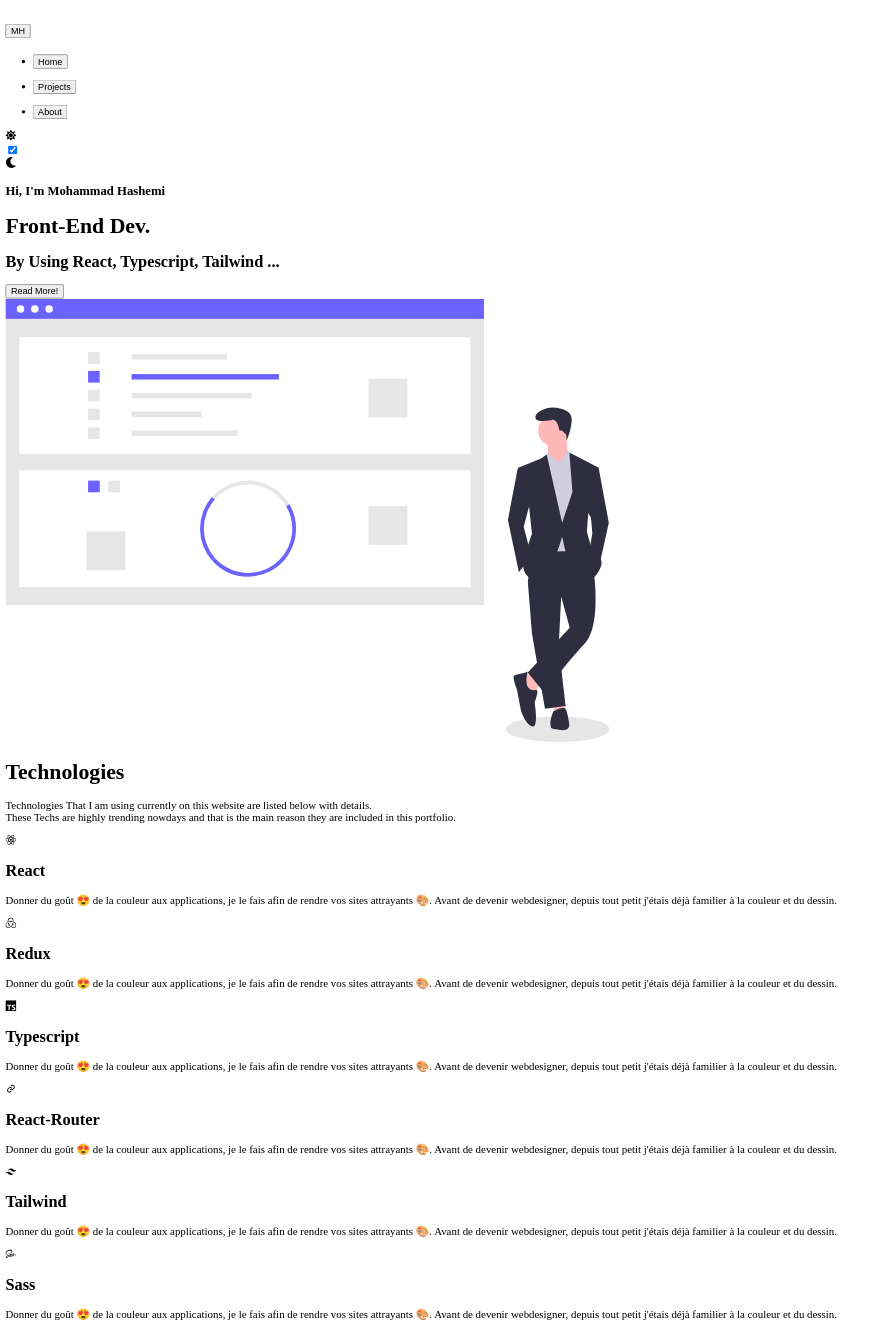
Repository: SMohammadH/react-typescript-tailwind
Page: /
The author's editor kept a copy of each file at every save. The page is drawn from the files as they stood at one save, then again after the next save.
The browser window is 1280 px wide. The pictures show the whole page, at 68% of full size.
The project was rebuilt for these pictures with package versions that can differ from the ones it lists, and the page was loaded fresh each time. Also part of the build but not shown: craco.config.js.

Above is the page before, as saved 2021-02-03 08:15:30.

After the next save:
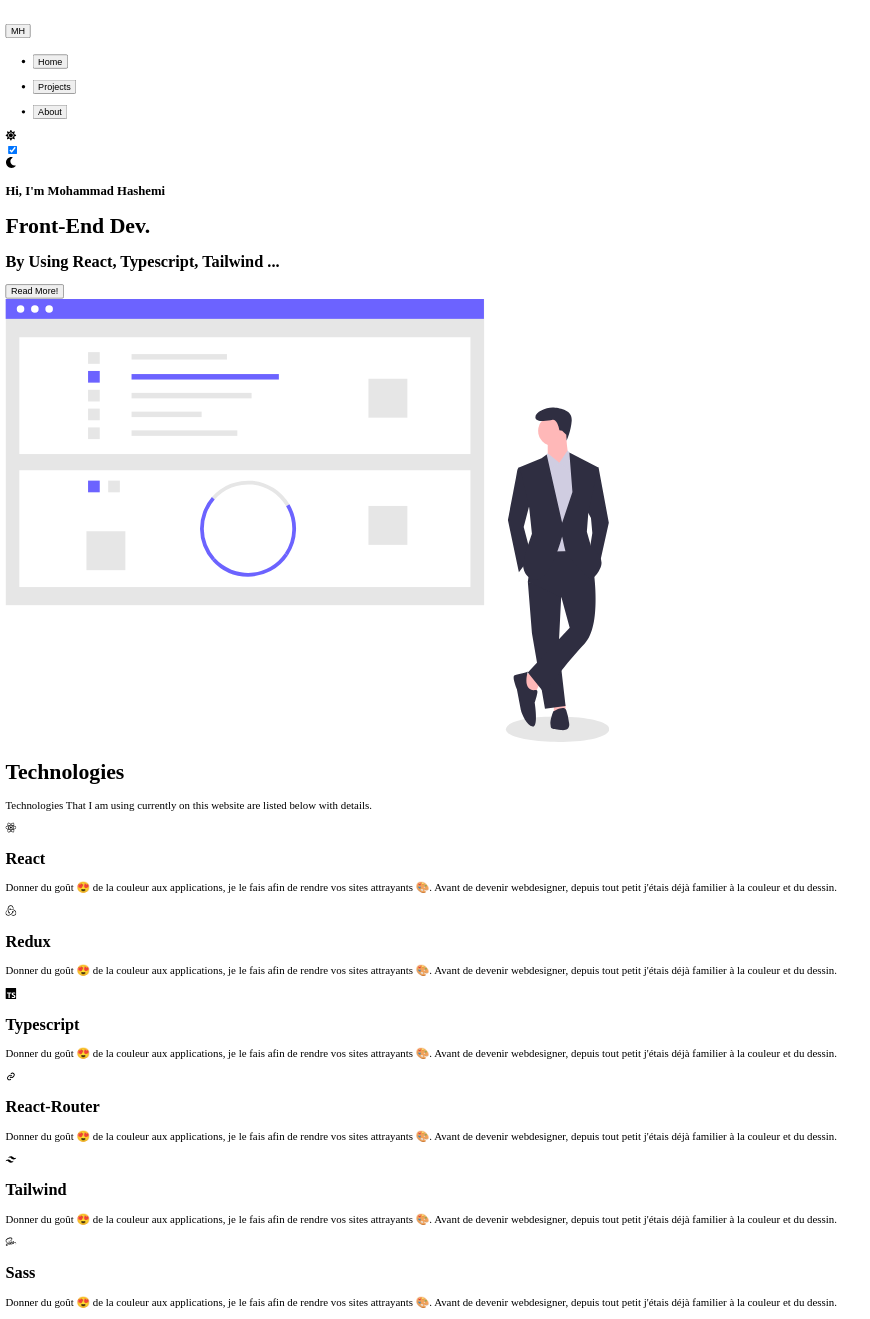
Saved 106 s later.
--- a/src/components/SecondSection.tsx
+++ b/src/components/SecondSection.tsx
@@ -14,9 +14,6 @@
           <p className="text-base leading-relaxed xl:w-2/4 lg:w-3/4 mx-auto">
             Technologies That I am using currently on this website are listed
             below with details.
-            <br />
-            These Techs are highly trending nowdays and that is the main reason
-            they are included in this portfolio.
           </p>
           <div className="flex mt-6 justify-center">
             <div className="w-16 h-1 rounded-full bg-indigo-500 inline-flex"></div>
